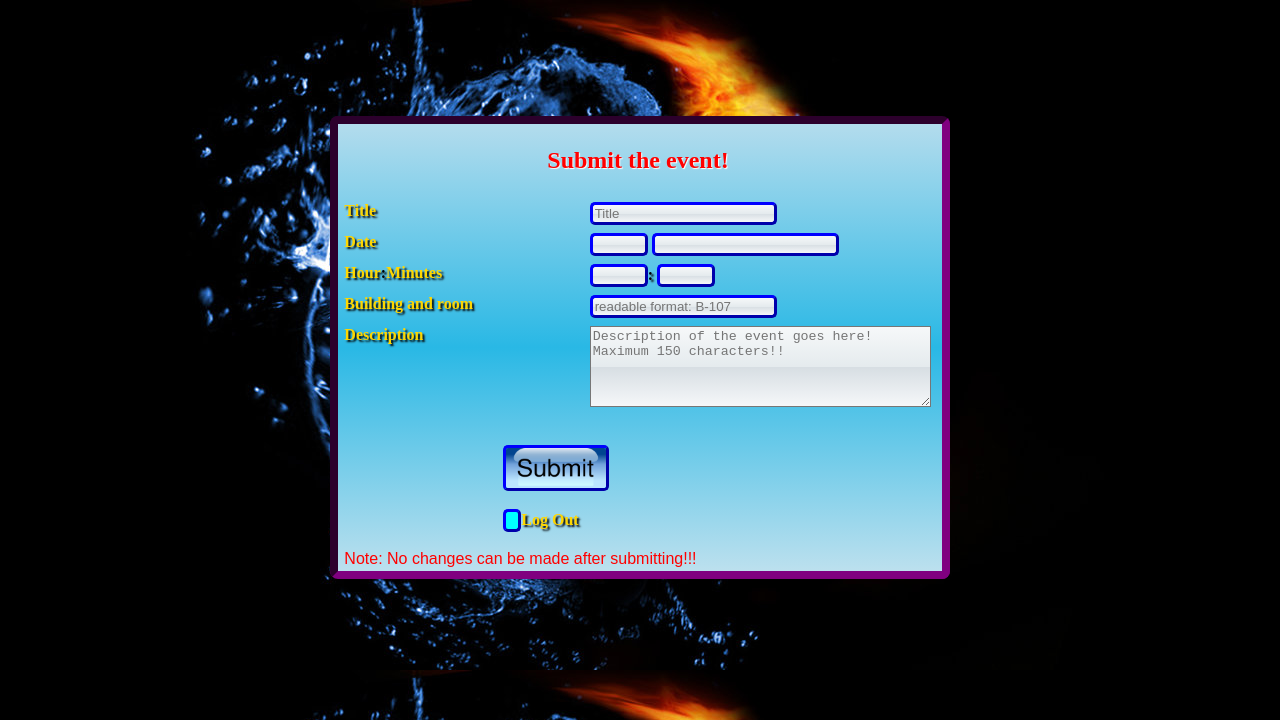
Repository: Albocoder/Event-handler
Page: loginBrain/WebContent/loginAccepted.html
These files come from the project's save history. The page is drawn as it stood at one moment and after the next save; the edit follows.
The browser window is 1280 px wide. The pictures show the whole page.

Above is the page before, as saved 2015-08-11 08:04:44.

After the next save:
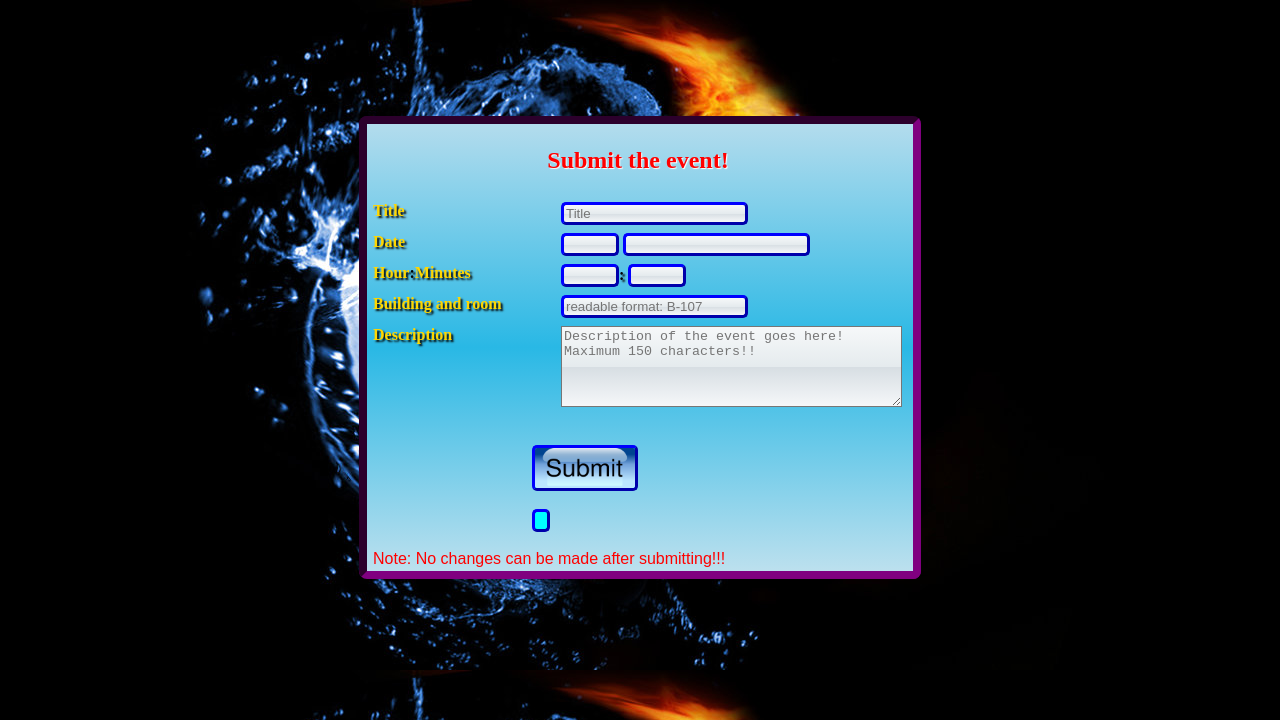
Saved 3 min 37 s later.
--- a/loginBrain/WebContent/loginAccepted.html
+++ b/loginBrain/WebContent/loginAccepted.html
@@ -124,7 +124,7 @@
 </td>
 </tr>
 </form>
-<tr><td><form><input class="input" type="button" alt="LogOut" align="center" width="60" height="30">Log Out</form></td></tr>
+<tr><td><form method="GET" action="Submitter"><input class="input" type="button" alt="LogOut" align="center" width="60" height="30"></form></td></tr>
 <tr class="disclaimer" ><td colspan="2">Note: No changes can be made after submitting!!!</td></tr>
 </table>
 </center>

After the save that followed:
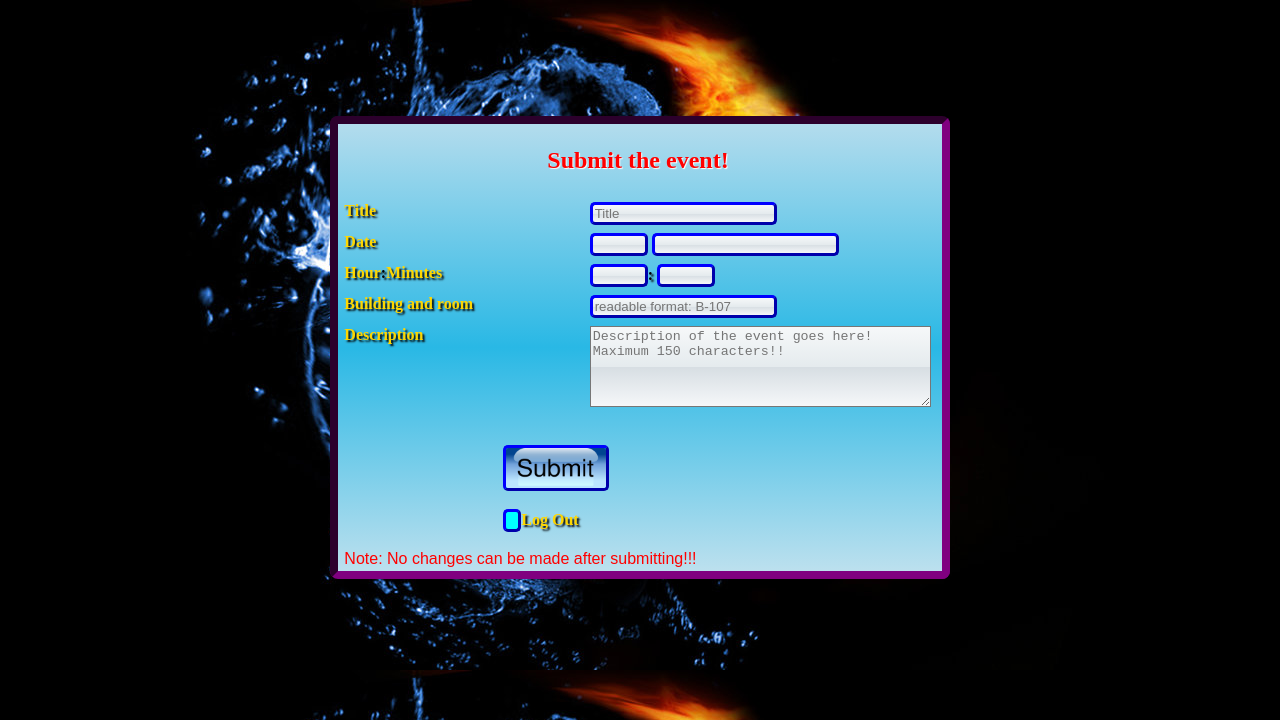
Saved 43 s later.
--- a/loginBrain/WebContent/loginAccepted.html
+++ b/loginBrain/WebContent/loginAccepted.html
@@ -124,7 +124,7 @@
 </td>
 </tr>
 </form>
-<tr><td><form method="GET" action="Submitter"><input class="input" type="button" alt="LogOut" align="center" width="60" height="30"></form></td></tr>
+<tr><td><form method="GET" action="Submitter"><input class="input" type="button" alt="LogOut" align="center" width="60" height="30">Log Out</input></form></td></tr>
 <tr class="disclaimer" ><td colspan="2">Note: No changes can be made after submitting!!!</td></tr>
 </table>
 </center>
